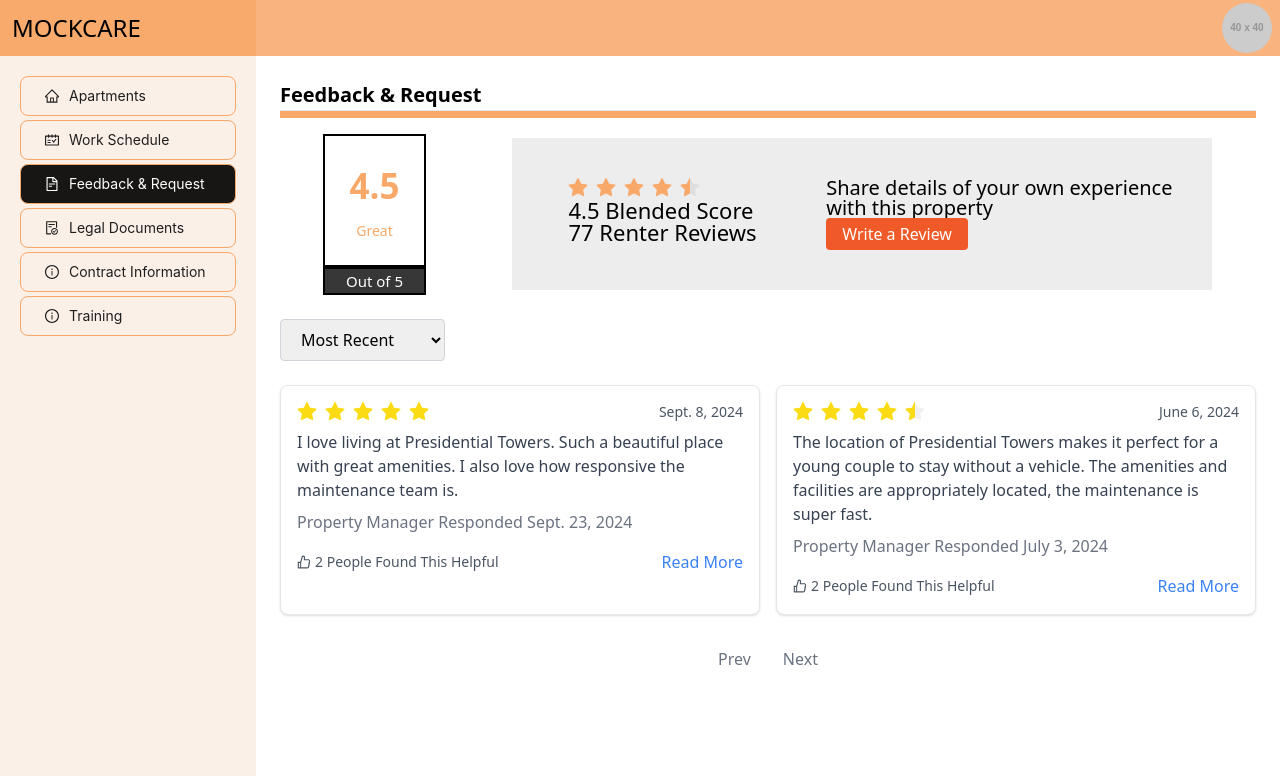
Repository: dunh-real/MockProject_102024_Nhom4
Page: / (app in frontend/)
The author's editor kept a copy of each file at every save. The page is drawn from the files as they stood at one save, then again after the next save.
The browser window is 1280 px wide. The pictures show the whole page.
The project was rebuilt for these pictures with package versions that can differ from the ones it lists, and the page was loaded fresh each time. Also part of the build but not shown: frontend/vite.config.js, frontend/vite.config.ts, frontend/src/App.css, frontend/src/component/ReviewModal.tsx.

Above is the page before, as saved 2024-10-09 13:31:18.

### frontend/src/App.tsx

import './App.css'
import ReviewList from './pages/Feedback&Request/Feedback&Request'
// import LoginForm from './pages/Login/Login'

function App() {


  return (
    <>
      {/* <LoginForm/> */}
      <ReviewList/>
    </>
  )
}

export default App

### frontend/src/pages/Feedback&Request/Feedback&Request.tsx
import React, { useState } from 'react';
import { Rate } from 'antd'; // Dùng Antd cho Rate, có thể thay thế bằng biểu tượng của Tailwind nếu cần
import { LikeOutlined } from '@ant-design/icons';
import ReviewModal from '../../component/ReviewModal';
import Sidebar from '../../component/Sidebar';

interface Review {
    date: string;
    rating: number;
    text: string;
    managerResponse: string;
    helpfulCount: number;
}

const reviews: Review[] = [
    {
        date: 'Sept. 8, 2024',
        rating: 5,
        text: 'I love living at Presidential Towers. Such a beautiful place with great amenities. I also love how responsive the maintenance team is.',
        managerResponse: 'Property Manager Responded Sept. 23, 2024',
        helpfulCount: 2,
    },
    {
        date: 'June 6, 2024',
        rating: 4.5,
        text: 'The location of Presidential Towers makes it perfect for a young couple to stay without a vehicle. The amenities and facilities are appropriately located, the maintenance is super fast.',
        managerResponse: 'Property Manager Responded July 3, 2024',
        helpfulCount: 2,
    },
];

const ReviewList: React.FC = () => {
    const [showModal, setShowModal] = useState<boolean>(false);
    const [page, setPage] = useState<number>(1);

    const handlePageChange = (page: number) => {
        setPage(page);
    };

    const handleSortChange = (value: string) => {
        console.log(`Sort by: ${value}`);
    };

    return (
        <div className=" min-h-screen  bg-gray-50">
            <div className='flex  bg-[#f8a769d9]  justify-between items-center'>
                <div className=' bg-[#f8a769d9] p-3 w-1/5'>
                    <h1 className='text-2xl'>MOCKCARE</h1>
                </div>
                <div className="flex  justify-end">
                    <img
                        src="https://via.placeholder.com/40"
                        alt="Avatar"
                        className="rounded-full w-[50px] h-[50px] mr-2"
                    />
                </div>
            </div>
            <div className="flex">
                <Sidebar />
                <div className="w-4/5 p-6 bg-white">
                    <div className='mb-4'>
                        <h2 className='text-[20px] font-bold'>Feedback & Request</h2>
                        <hr className='h-[8px] bg-[#F8A869]' />
                    </div>
                    <div className="flex  justify-around items-center mb-6">
                        <div className="flex flex-col  items-center">
                            <div className=" text-center text-[#F8A869] border-black border-2  p-6 ">
                                <div className=''>
                                    <p className="text-[35px] mb-2 font-bold">4.5</p>
                                    <p className="text-sm text-[27px]">Great</p>
                                </div>

                            </div>
                            <div className="text-xs w-full border-black border-2 bg-[#000000c8]">
                                <p className='text-white p-1 text-[15px] text-center'>Out of 5</p>
                            </div>
                        </div>
                        <div className='bg-[#d9d9d97b] flex justify-between'
                         style={{ width: '100%', maxWidth: '700px', padding:40, lineHeight:1}}
                        >
                            <div className="ml-4 ">
                                <Rate allowHalf defaultValue={4.5} disabled style={{color:'#F8A869'}} />
                                <div className="text-[#000000] text-[22px]">4.5 Blended Score</div>
                                <div className="text-[#000000] font-extralight text-[22px]">77 Renter Reviews</div>
                            </div>
                            <div className=''>
                                <p className='text-[#000000] font-extralight text-[20px]'>Share details of your own experience <br/>
                                with this property</p>
                                <button
                                    onClick={() => setShowModal(true)}
                                    className="bg-[#f05a28] text-white px-4 py-2 rounded hover:bg-[#ff6a38] hover:text-black "
                                >
                                    Write a Review
                                </button>
                            </div>
                        </div>
                    </div>
                    <div className="mb-6 flex justify-between">
                        <select
                            onChange={(e) => handleSortChange(e.target.value)}
                            className="border border-gray-300 rounded px-4 py-2"
                        >
                            <option value="recent">Most Recent</option>
                            <option value="highest">Highest Rating</option>
                            <option value="lowest">Lowest Rating</option>
                        </select>
                    </div>
                    <div className="grid grid-cols-1 md:grid-cols-2 gap-4">
                        {reviews.slice((page - 1) * 2, page * 2).map((review, index) => (
                            <div key={index} className="p-4 border border-gray-200 rounded-lg bg-white shadow">
                                <div className="flex justify-between items-center mb-2">
                                    <Rate allowHalf defaultValue={review.rating} disabled />
                                    <span className="text-sm text-gray-600">{review.date}</span>
                                </div>
                                <p className="text-gray-700">{review.text}</p>
                                <p className="text-gray-500 mt-2">{review.managerResponse}</p>
                                <div className="flex justify-between items-center mt-4">
                                    <div className="flex items-center text-sm text-gray-600">
                                        <LikeOutlined className="mr-1" />
                                        {review.helpfulCount} People Found This Helpful
                                    </div>
                                    <button className="text-blue-500">Read More</button>
                                </div>
                            </div>
                        ))}
                    </div>
                    <div className="flex justify-center mt-6">
                        <button
                            onClick={() => handlePageChange(page - 1)}
                            className="px-4 py-2 text-gray-500"
                            disabled={page === 1}
                        >
                            Prev
                        </button>
                        <button
                            onClick={() => handlePageChange(page + 1)}
                            className="px-4 py-2 text-gray-500"
                        >
                            Next
                        </button>
                    </div>
                </div>
            </div>
            {showModal && <ReviewModal setShowModal={setShowModal} />}
        </div>
    );
};

export default ReviewList;

### frontend/src/component/Sidebar.tsx
import { Menu } from 'antd';
import { HomeOutlined, ScheduleOutlined, FileTextOutlined, FileDoneOutlined, InfoCircleOutlined } from '@ant-design/icons';

const Sidebar = () => {
  return (
    <div style={{ width: '20%', minHeight: '100vh', backgroundColor: '#FAF0E8', padding: '1rem' }}>
      <Menu
        defaultSelectedKeys={['feedback']}
        mode="inline"
        style={{ backgroundColor: '#FAF0E8', borderRight: 0 }}
      >
        <Menu.Item
          key="apartments"
          icon={<HomeOutlined />}
          style={{
            padding: '12px 24px',
            border:1, borderStyle:'solid', borderColor:'#F8A869'
          }}
        >
          Apartments
        </Menu.Item>
        <Menu.Item
          key="schedule"
          icon={<ScheduleOutlined />}
          style={{
            padding: '12px 24px',
            border:1, borderStyle:'solid', borderColor:'#F8A869'
          }}
        >
          Work Schedule
        </Menu.Item>
        <Menu.Item
          key="feedback"
          icon={<FileTextOutlined />}
          style={{
            backgroundColor: '#171615',
            color: 'white',
            padding: '12px 24px',
            border:1, borderStyle:'solid', borderColor:'#F8A869'
          }}
        >
          Feedback & Request
        </Menu.Item>
        <Menu.Item
          key="legal"
          icon={<FileDoneOutlined />}
          style={{
            padding: '12px 24px',
            border:1, borderStyle:'solid', borderColor:'#F8A869'
          }}
        >
          Legal Documents
        </Menu.Item>
        <Menu.Item
          key="contract"
          icon={<InfoCircleOutlined />}
          style={{
            padding: '12px 24px',
            border:1, borderStyle:'solid', borderColor:'#F8A869'
          }}
        >
          Contract Information
        </Menu.Item>
        <Menu.Item
          key="training"
          icon={<InfoCircleOutlined />}
          style={{
            padding: '12px 24px',
            border: 1, borderStyle: 'solid', borderColor: '#F8A869'
          }}
        >
          Training
        </Menu.Item>
      </Menu>
    </div>
  );
};

export default Sidebar;

Loaded but not shown: frontend/index.html (common file); frontend/src/main.jsx (common file); frontend/src/index.css (common file); frontend/tailwind.config.js (common file)

After the next save:
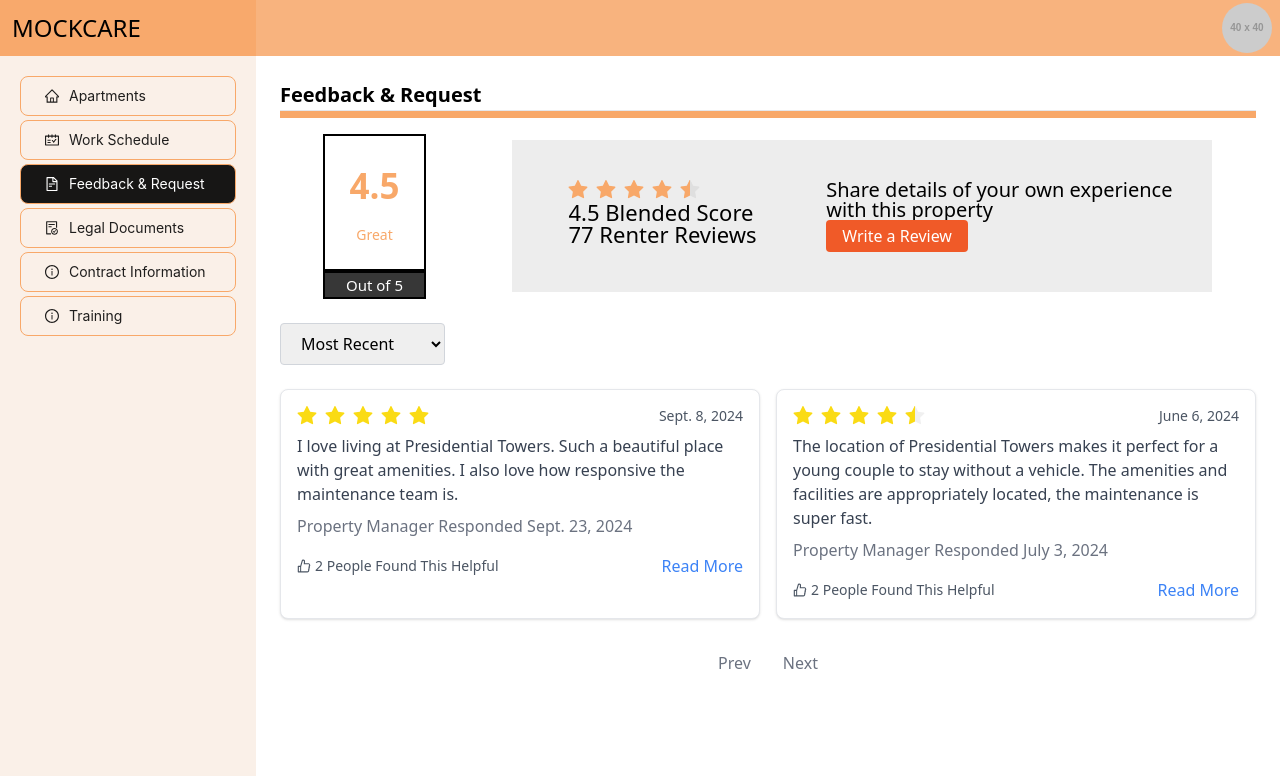
Saved 4 s later.
--- a/frontend/src/pages/Feedback&Request/Feedback&Request.tsx
+++ b/frontend/src/pages/Feedback&Request/Feedback&Request.tsx
@@ -66,7 +66,7 @@ const ReviewList: React.FC = () => {
                         <div className="flex flex-col  items-center">
                             <div className=" text-center text-[#F8A869] border-black border-2  p-6 ">
                                 <div className=''>
-                                    <p className="text-[35px] mb-2 font-bold">4.5</p>
+                                    <p className="text-[35px] mb-3 font-bold">4.5</p>
                                     <p className="text-sm text-[27px]">Great</p>
                                 </div>
 
